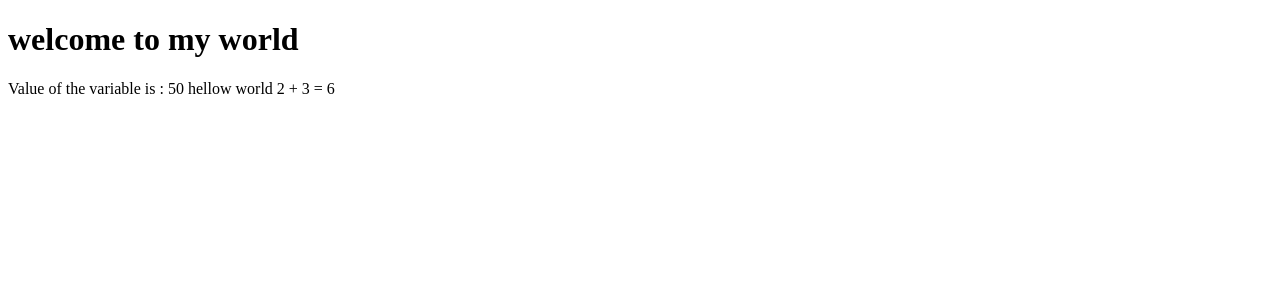
Repository: JeongYT/JSP
Page: http://localhost/jspproject/test1.jsp
These files come from the project's save history. The page is drawn as it stood at one moment and after the next save; the edit follows.
The browser window is 1280 px wide. The pictures show the whole page.
The page is served by Tomcat 9.

Above is the page before, as saved 2023-07-06 02:26:52.

### jspproject/src/main/webapp/test1.jsp
<%@ page language="java" contentType="text/html; charset=EUC-KR"
    pageEncoding="EUC-KR"%>
<!DOCTYPE html>
<html>
<head>
<meta charset="EUC-KR">
<title>Insert title here</title>
</head>
<body>
	<h1>welcome to my world</h1>
	<%! int data = 50; %>
	<%
		out.println("Value of the variable is : " + data);
	%>
	<%!
		String makeItLower(String data) {
			return data.toLowerCase();
		}
	%>
	<%
		out.println(makeItLower("Hellow World"));
		System.out.println("콘솔로 출력하기");
	%>
	<%
		int a=2;
		int b=4;
		int sum=a+b;
		out.print("2 + 3 = " + sum);
	%>
</body>
</html>

After the next save:
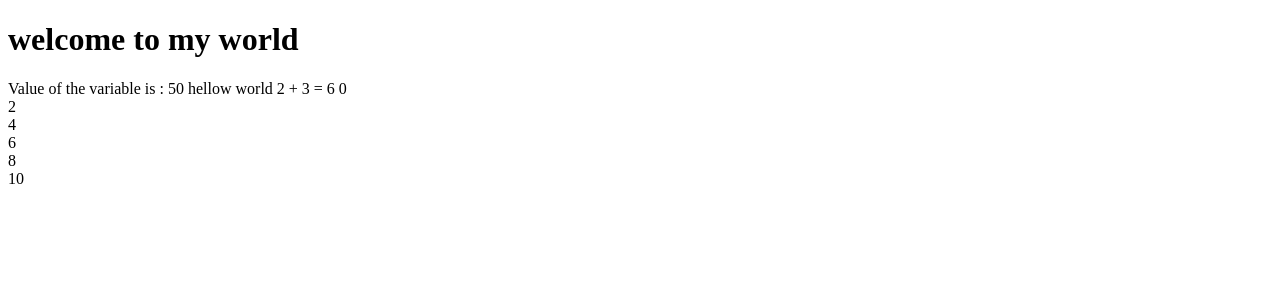
Saved 92 s later.
--- a/jspproject/src/main/webapp/test1.jsp
+++ b/jspproject/src/main/webapp/test1.jsp
@@ -27,5 +27,11 @@
 		int sum=a+b;
 		out.print("2 + 3 = " + sum);
 	%>
+	<%
+		for(int i=0; i<=10; i++){
+			if(i % 2 == 0)
+				out.println(i + "<br>");
+		}
+	%>
 </body>
 </html>
